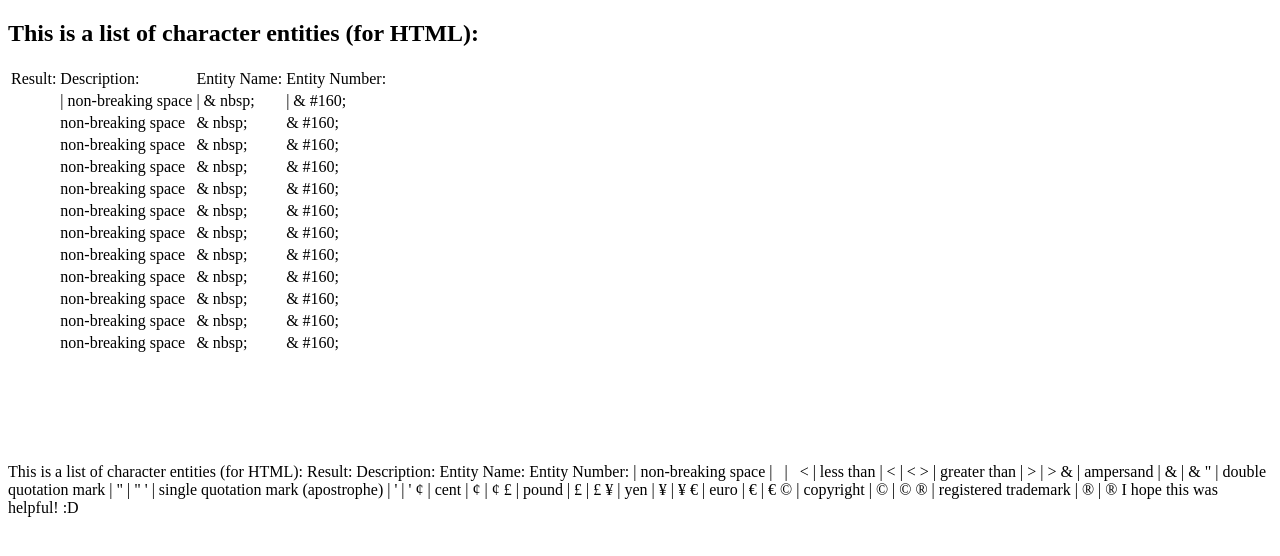
Repository: linas-dev/HTML-CSS-Projects
Page: Basic_HTML_and_CSS/Basic_HTML_5.html
An editor plug-in stored every save of this project. The page is shown before and after the next save, followed by the edit.
The browser window is 1280 px wide. The pictures show the whole page.

Above is the page before, as saved 2021-05-30 11:00:52.

After the next save:
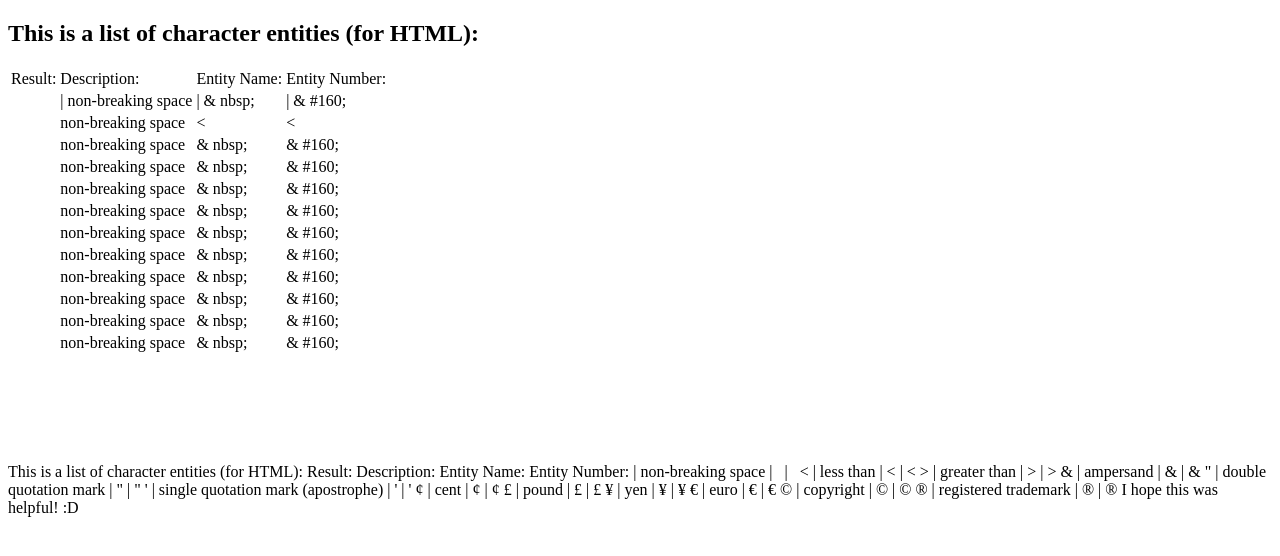
Saved 34 s later.
--- a/Basic_HTML_and_CSS/Basic_HTML_5.html
+++ b/Basic_HTML_and_CSS/Basic_HTML_5.html
@@ -28,8 +28,8 @@
             <tr>
                 <td></td>
                 <td>non-breaking space</td>
-                <td>& nbsp;</td>
-                <td>& #160;</td>
+                <td>&lt;</td>
+                <td>&#60;</td>
             </tr>
             <tr>
                 <td></td>
